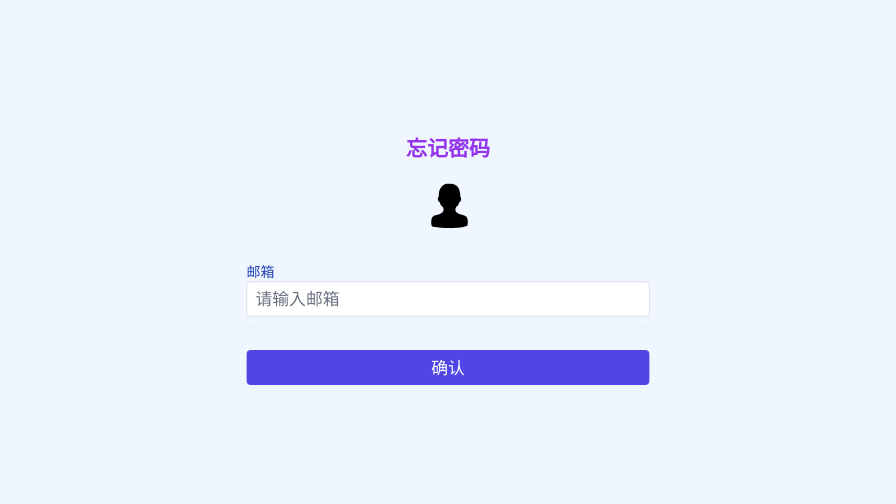
Repository: LiuRuohui/test_the_tailwindcss
Page: /
An editor plug-in stored every save of this project. The page is shown before and after the next save, followed by the edit.
The browser window is 1280 px wide. The pictures show the part of the page from y = 0 to 1920 px (the page is 720 px tall before and 3040 px after), at 70% of full size.
The project was rebuilt for these pictures with package versions that can differ from the ones it lists, and the page was loaded fresh each time. Also part of the build but not shown: vite.config.js, src/components/WelcomingPage.vue, src/components/HelloWorld.vue.

Above is the page before, as saved 2022-03-04 22:09:35.

After the next save:
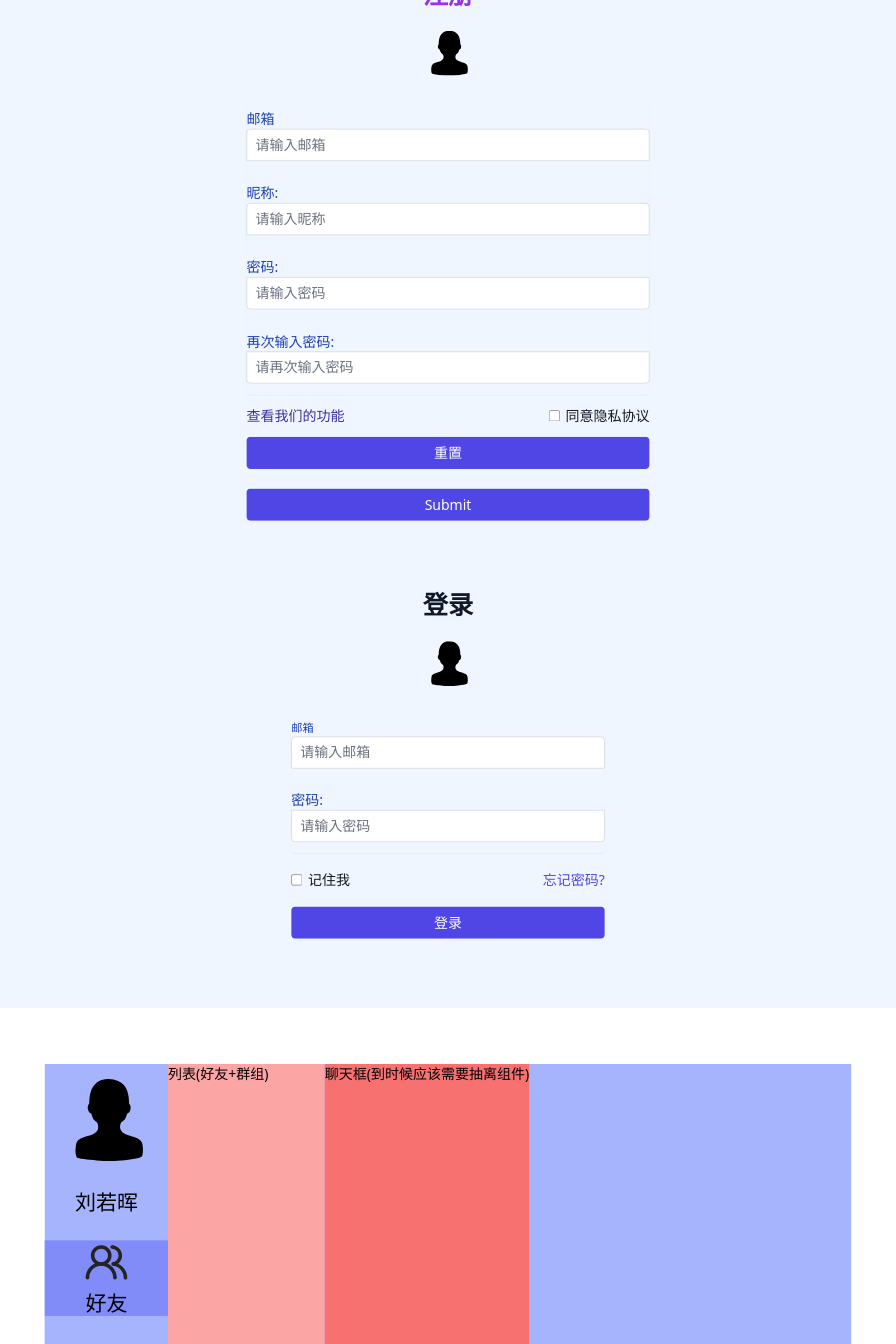
Saved 8 s later.
--- a/src/App.vue
+++ b/src/App.vue
@@ -8,10 +8,10 @@ import HelloWorld from "./components/HelloWorld.vue";
 </script>
 
 <template>
-<!--<WelcomingPage class="bg-blue-50 page"></WelcomingPage>
+<!--<WelcomingPage class="bg-blue-50 page"></WelcomingPage> -->
 <RegisterPage class="bg-blue-50 page"></RegisterPage>
 <LoginPage class="bg-blue-50 page"></LoginPage>
-<MainPage class="bg-blue-50 page"></MainPage>  -->
+<MainPage class="bg-blue-50 page"></MainPage>
 <ForgetPasswd class="bg-blue-50 page"></ForgetPasswd>
 
 </template>
